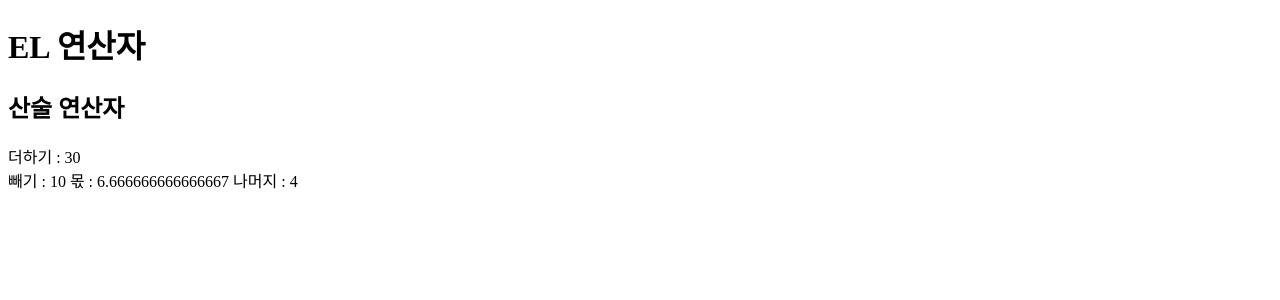
Repository: dnwpdud/WEB_CODES
Page: http://localhost/Web07_EL_JSTL/01_Expression_Language/02_operator.jsp
The author's editor kept a copy of each file at every save. The page is drawn from the files as they stood at one save, then again after the next save.
The browser window is 1280 px wide. The pictures show the whole page.
The page is served by Tomcat 9. Other server files are loaded and not shown.

Above is the page before, as saved 2024-04-05 07:14:36.

### Web07_EL_JSTL/src/main/webapp/01_Expression_Language/02_operator.jsp
<%@page import="java.util.ArrayList"%>
<%@ page language="java" contentType="text/html; charset=UTF-8"
    pageEncoding="UTF-8"%>
<!DOCTYPE html>
<html>
<head>
<meta charset="UTF-8">
<title>EL 연산자</title>
</head>
<body>
	<%
		String nullStr = null;
		String emptStr = "";
		String[] zeroArray = new String[0];
		ArrayList<String> emptList = new ArrayList<>();

		pageContext.setAttribute("nullStr", nullStr);
		pageContext.setAttribute("emptStr", emptStr);
		pageContext.setAttribute("zeroArray", zeroArray);
		pageContext.setAttribute("emptList", emptList);



	%>

	<%--
	EL 연산자
	- 기본적인 연산자는 자바와 동일
	- '/'와 div는 동일한 연산자

	 --%>

	 <h1>EL 연산자</h1>
	<h2>산술 연산자</h2>
	더하기 : ${20 + 10}<br>
	빼기 : ${'20'- '10'}
	몫 : ${'40' div '6' }
	나머지 : ${40 mod 6 }

</body>
</html>

After the next save:
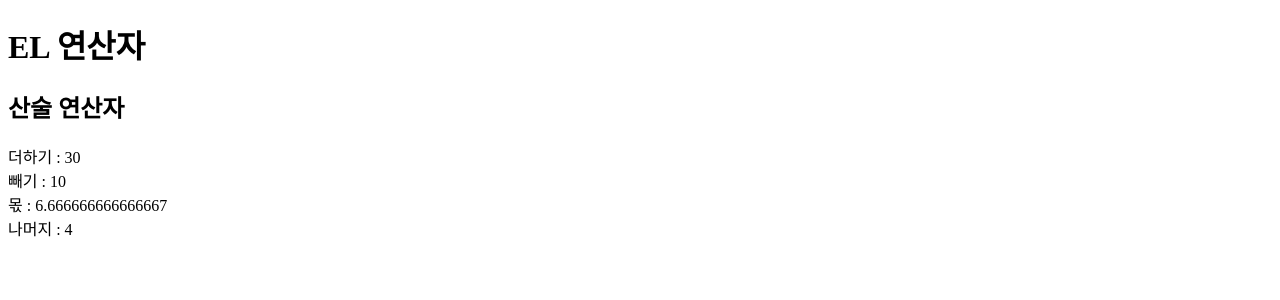
Saved 14 s later.
--- a/Web07_EL_JSTL/src/main/webapp/01_Expression_Language/02_operator.jsp
+++ b/Web07_EL_JSTL/src/main/webapp/01_Expression_Language/02_operator.jsp
@@ -33,9 +33,9 @@
 	 <h1>EL 연산자</h1>
 	<h2>산술 연산자</h2>
 	더하기 : ${20 + 10}<br>
-	빼기 : ${'20'- '10'}
-	몫 : ${'40' div '6' }
-	나머지 : ${40 mod 6 }
+	빼기 : ${'20'- '10'}<br>
+	몫 : ${'40' div '6' }<br>
+	나머지 : ${40 mod 6 }<br>
 
 </body>
 </html>
